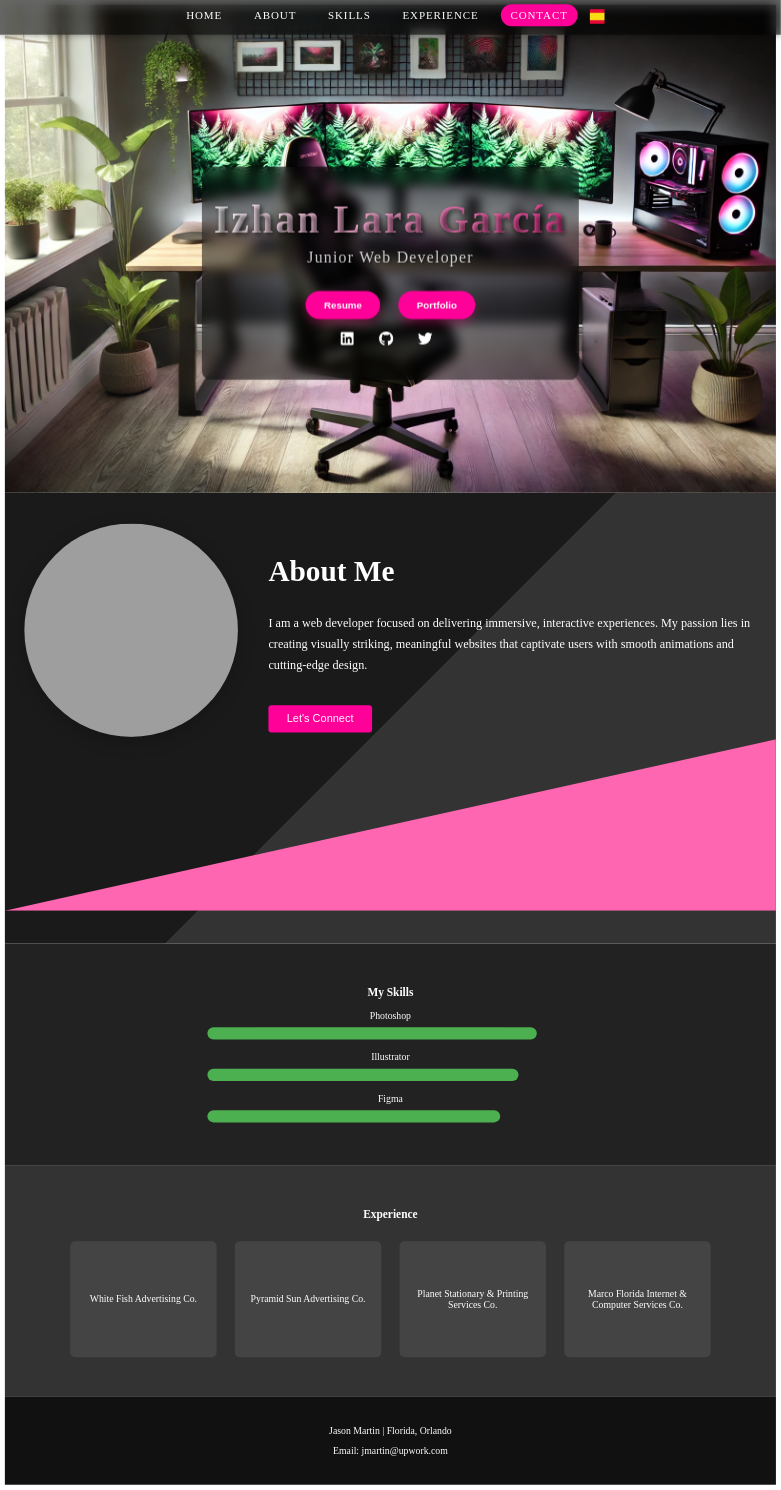
Repository: izhanlaraagarcia/izhanlaraagarcia.github.io
Page: / (app in vite-project/)
The author's editor kept a copy of each file at every save. The page is drawn from the files as they stood at one save, then again after the next save.
The browser window is 1280 px wide. The pictures show the whole page, at 61% of full size.
Pictures or frames that could not be fetched are drawn as grey boxes. The project was rebuilt for these pictures with package versions that can differ from the ones it lists, and the page was loaded fresh each time. Also part of the build but not shown: vite-project/vite.config.js.

Above is the page before, as saved 2024-09-18 11:51:15.

After the next save:
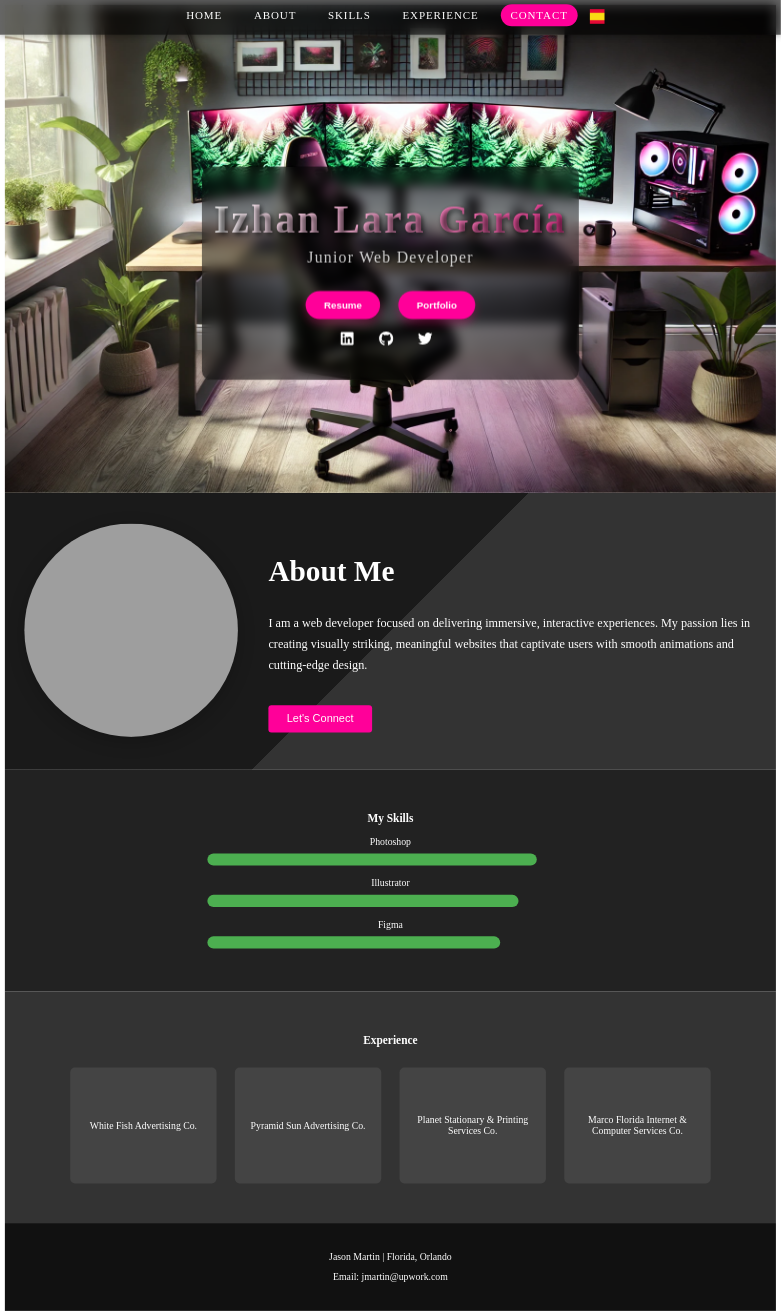
Saved 6 s later.
--- a/vite-project/src/components/AboutComponent.jsx
+++ b/vite-project/src/components/AboutComponent.jsx
@@ -76,13 +76,6 @@ const AboutComponent = ({ language }) => {
           </motion.button>
         </motion.div>
       </motion.div>
-
-      {/* Decoración visual en la parte inferior */}
-      <div className="section-decorator">
-        <svg viewBox="0 0 1440 320">
-          <path fill="#ff66b2" fillOpacity="1" d="M0,320L1440,0L1440,320L0,320Z"></path>
-        </svg>
-      </div>
     </section>
   );
 };
